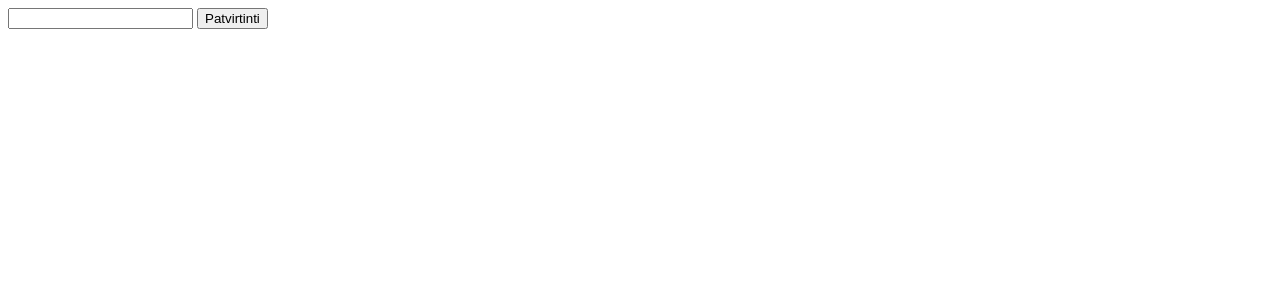
Repository: motiejus1/08-paskaita-PHP-05.31
Page: http://localhost/
These files come from the project's save history. The page is drawn as it stood at one moment and after a run of saves; the edit follows.
The browser window is 1280 px wide. The pictures show the whole page.
The page is run by PHP 8.4 with error messages shown; the project is at /var/www/html/.

Above is the page before, as saved 2021-07-31 11:17:18.

### index.php
<!DOCTYPE html>
<html lang="en">
<head>
    <meta charset="UTF-8">
    <meta http-equiv="X-UA-Compatible" content="IE=edge">
    <meta name="viewport" content="width=device-width, initial-scale=1.0">
    <title>08 paskaita</title>
</head>
<body>

<form action="index.php" method="get">
    <input type="text" name="elementas" />
    <button type="submit" name="patvirtinti">Patvirtinti</button>
</form>
    <?php

//1. Sukurkite funkciją, kurią iškvietus, masyvą galima papildyti norimu elementu.
// Masyvas išsaugomas į COOKIE.
//Informacija paimama iš input laukelio. Funkcija iškviečiama paspaudus mygtuką.
    function pridetiElementa() {
        if(isset($_GET["elementas"]) && !empty($_GET["elementas"])) {
            $elementas = $_GET["elementas"];
        }
    }

    //toks kodas veikia tik paspaudus mygtuka
    if(isset($_GET["patvirtinti"])) {
        pridetiElementa();
    }


    ?>


</body>
</html>

After the next 2 saves:
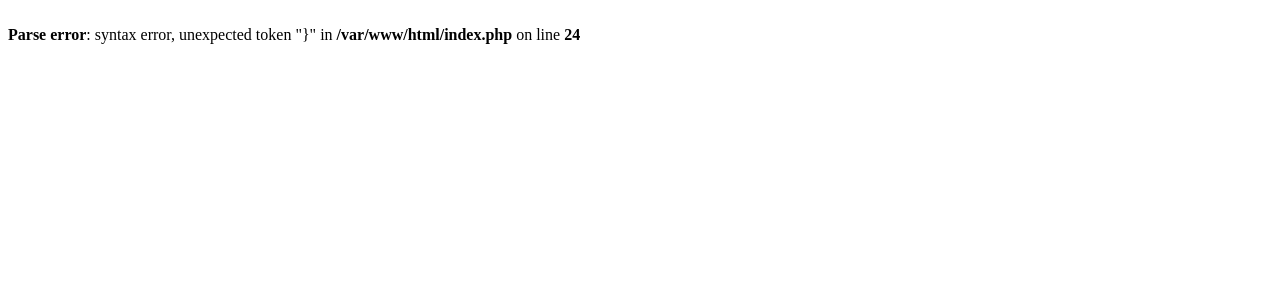
The 2 saves are shown as one change because they came seconds apart.
The last was saved 21 s later.
--- a/index.php
+++ b/index.php
@@ -20,6 +20,7 @@
     function pridetiElementa() {
         if(isset($_GET["elementas"]) && !empty($_GET["elementas"])) {
             $elementas = $_GET["elementas"];
+            $elem
         }
     }
 

After the 4 saves that followed:
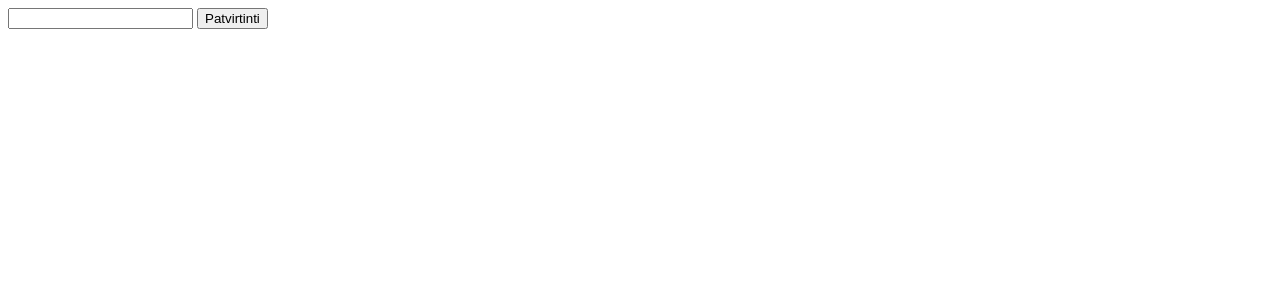
The 4 saves are shown as one change because they came seconds apart.
The last was saved 12 s later.
--- a/index.php
+++ b/index.php
@@ -20,7 +20,8 @@
     function pridetiElementa() {
         if(isset($_GET["elementas"]) && !empty($_GET["elementas"])) {
             $elementas = $_GET["elementas"];
-            $elem
+            $elementuMasyvas = array();
+
         }
     }
 
